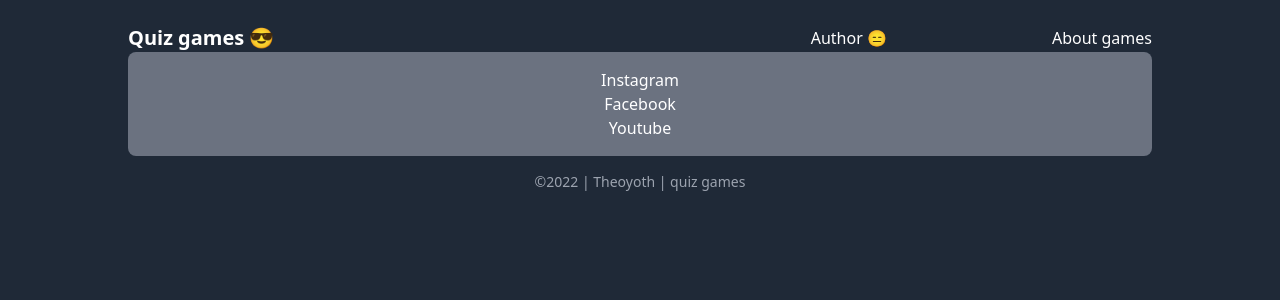
Repository: theoyoth/quiz-game
Page: /author
The author's editor kept a copy of each file at every save. The page is drawn from the files as they stood at one save, then again after the next save.
The browser window is 1280 px wide. The pictures show the whole page.
The project was rebuilt for these pictures with package versions that can differ from the ones it lists, and the page was loaded fresh each time. The framework's server and built-in components were replaced by stand-ins that run in the browser. Also part of the build but not shown: nuxt.config.js, components/EndPage.vue, components/Loading.vue, layouts/404.vue, layouts/error.vue, layouts/errorLayout.vue.

Above is the page before, as saved 2022-06-16 20:06:36.

After the next save:
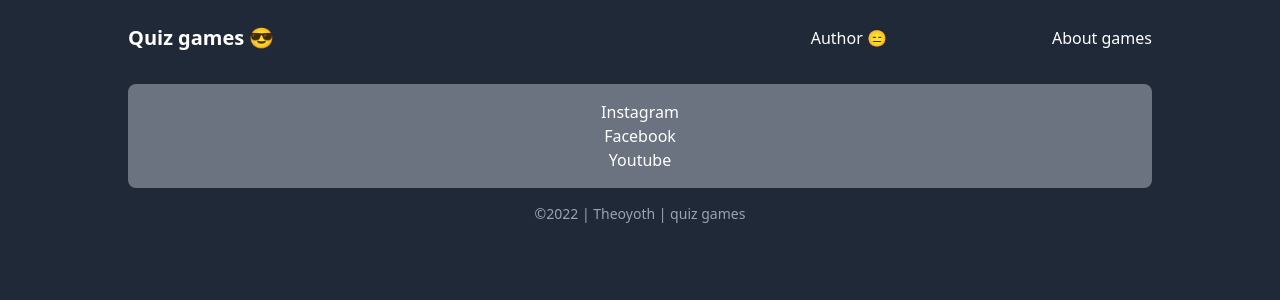
Saved 10 s later.
--- a/pages/author.vue
+++ b/pages/author.vue
@@ -1,6 +1,6 @@
 <template>
   <div>
-    <div class="bg-gray-500 rounded-lg py-4 flex flex-col items-center">
+    <div class="bg-gray-500 rounded-lg py-4 flex flex-col items-center mt-8">
       <NuxtLink to="https://www.instagram.com/theoyoth/" target="_blank">
         <button>Instagram</button>
       </NuxtLink>
